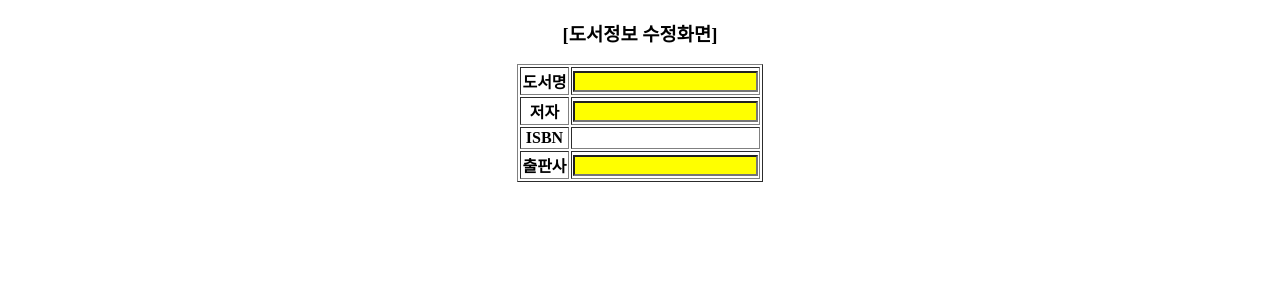
Repository: youngmoon525/Jsp_Servlet
Page: http://localhost/05.TestJSP/detail.jsp
The author's editor kept a copy of each file at every save. The page is drawn from the files as they stood at one save, then again after the next save.
The browser window is 1280 px wide. The pictures show the whole page.
The page is served by Tomcat 9. Queries for data that is not in the repository find no rows.

Above is the page before, as saved 2021-09-13 03:39:23.

After the next save:
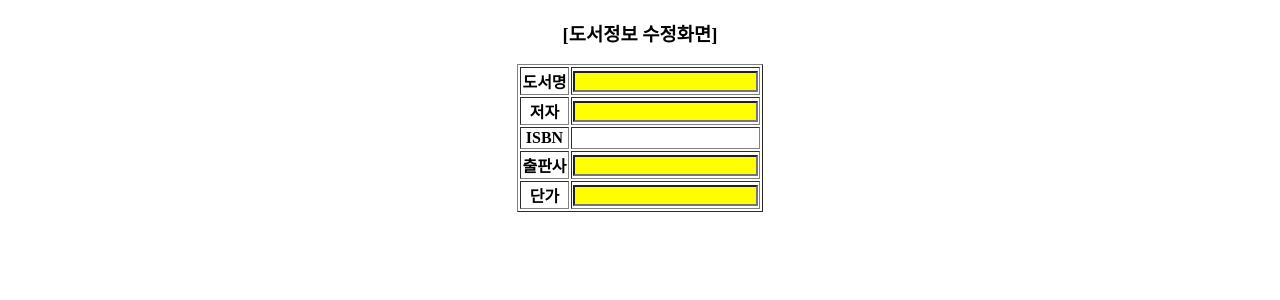
Saved 51 s later.
--- a/workspace/05.TestJSP/WebContent/detail.jsp
+++ b/workspace/05.TestJSP/WebContent/detail.jsp
@@ -39,6 +39,10 @@ pageContext.setAttribute("dto", dto);
 		<th>출판사</th>
 		<td><input type="text" name="company" value="${dto.company}" class="in"/></td>
 	</tr>
+	<tr>
+		<th>단가</th>
+		<td><input type="number" name="cost" value="${dto.cost }" min="0" class="in"/></td>
+	</tr>
 </table>
 </form>
 </div>
